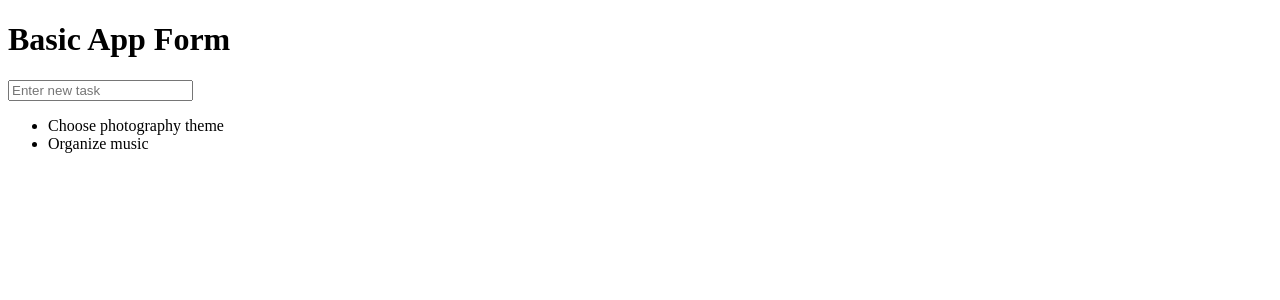
Repository: Kayla-amr/dgm_3760
Page: todoTemplate-W2/index.html
These files come from the project's save history. The page is drawn as it stood at one moment and after the next save; the edit follows.
The browser window is 1280 px wide. The pictures show the whole page.

Above is the page before, as saved 2022-10-17 10:50:29.

After the next save:
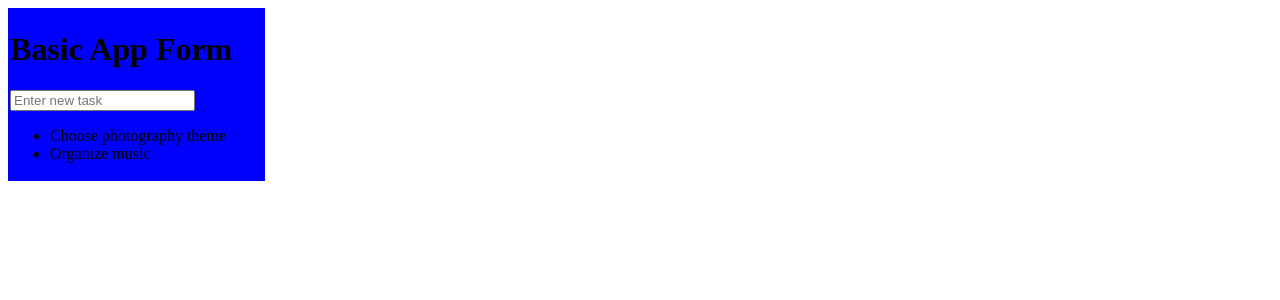
Saved 22 s later.
--- a/todoTemplate-W2/styles.css
+++ b/todoTemplate-W2/styles.css
@@ -1,4 +1,4 @@
-.taskform{
+.taskForm{
     background-color: blue;
     border: 2px solid blue;
     width: 20%;
